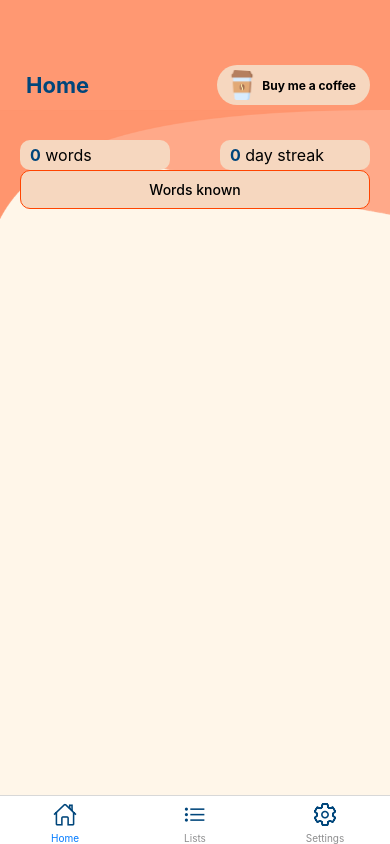
Repository: David-Waite/SpellingApp
Screen: /
The author's editor kept a copy of each file at every save. The screen is drawn from the files as they stood at one save, then again after the next save.
The app was drawn by React Native's web renderer in a window 390 px wide. The project was rebuilt for these pictures with package versions that can differ from the ones it lists, and the page was loaded fresh each time. Also part of the build but not shown: screens/Settings.js, screens/SpellWord.js, screens/WordsLearnt.js, screens/WordListOverview.js, screens/WordLists.js, screens/Donate.js.

Above is the screen before, as saved 2023-06-22 22:26:39.

### App.js
import { NavigationContainer } from "@react-navigation/native";
import { StatusBar } from "expo-status-bar";
import { StyleSheet } from "react-native";
import { Ionicons } from "@expo/vector-icons";

import Home from "./screens/Home";
import Settings from "./screens/Settings";
import SpellWord from "./screens/SpellWord";
import WordsLearnt from "./screens/WordsLearnt";
import WordListOverview from "./screens/WordListOverview";
import WordLists from "./screens/WordLists";
import Donate from "./screens/Donate";

import { createStackNavigator } from "@react-navigation/stack";
import { createBottomTabNavigator } from "@react-navigation/bottom-tabs";
import { GlobalStyles } from "./constants/styles";

import CoffeeBtn from "./components/ui/CoffeeBtn";

const BottomTabs = createBottomTabNavigator();
const Stack = createStackNavigator();

function BottomTabsScreens() {
  return (
    <BottomTabs.Navigator>
      <BottomTabs.Screen
        name="Home"
        component={Home}
        headerShadowVisible={false}
        options={({ navigation }) => ({
          headerRight: () => (
            <CoffeeBtn
              onPress={() => {
                navigation.navigate("Donate");
              }}
            />
          ),
          title: "Home",
          tabBarLabel: "Home",
          headerTitleAlign: "left",
          headerShadowVisible: false,
          headerTitleStyle: {
            color: GlobalStyles.colors.accent500,
            fontSize: 22,
            marginLeft: 10,
            fontWeight: 700,
            marginBottom: -60,
          },
          headerStyle: {
            backgroundColor: GlobalStyles.colors.primary400,
            height: 110,
          },

          tabBarIcon: ({ color, size }) => (
            <Ionicons
              name="home-outline"
              size={size}
              color={GlobalStyles.colors.accent500}
            />
          ),
        })}
      />
      <BottomTabs.Screen
        name="WordLists"
        component={WordLists}
        options={{
          title: "Word Lists",
          tabBarLabel: "Lists",
          tabBarIcon: ({ color, size }) => (
            <Ionicons
              name="list-outline"
              size={size}
              color={GlobalStyles.colors.accent500}
            />
          ),
        }}
      />
      <BottomTabs.Screen
        name="Settings"
        component={Settings}
        options={{
          title: "Settings",
          tabBarLabel: "Settings",
          tabBarIcon: ({ color, size }) => (
            <Ionicons
              name="settings-outline"
              size={size}
              color={GlobalStyles.colors.accent500}
            />
          ),
        }}
      />
    </BottomTabs.Navigator>
  );
}
export default function App() {
  return (
    <>
      <StatusBar style="light" />
      <NavigationContainer>
        <Stack.Navigator>
          <Stack.Screen
            name="BottomTabsScreen"
            component={BottomTabsScreens}
            options={{ headerShown: false }}
          />
          <Stack.Screen
            name="WordsLearnt"
            component={WordsLearnt}
            options={{ presentation: "modal" }}
          />
          <Stack.Screen name="WordListOverview" component={WordListOverview} />
          <Stack.Screen
            name="SpellWord"
            component={SpellWord}
            options={{ presentation: "modal" }}
          />
          <Stack.Screen
            name="Donate"
            component={Donate}
            options={{ presentation: "modal" }}
          />
        </Stack.Navigator>
      </NavigationContainer>
    </>
  );
}

const styles = StyleSheet.create({
  container: {
    flex: 1,
    backgroundColor: "#fff",
    alignItems: "center",
    justifyContent: "center",
  },
});

### screens/Home.js
import { ImageBackground, Text, View } from "react-native";
import { Dimensions } from "react-native";

import { StyleSheet } from "react-native";
import { GlobalStyles } from "../constants/styles";

import WordsLearntCard from "../components/ui/WordsLearntCard";
import StatBtn from "../components/ui/Home/StatBtn";

const windowWidth = Dimensions.get("window").width;
const windowHeight = Dimensions.get("window").height;
const imageHeight = windowWidth / 3.5;

function Home({ navigation }) {
  return (
    <View style={styles.imageContainer}>
      <ImageBackground
        style={styles.ImageBackground}
        source={require("../images/SpellingAppHeaderBackground.png")}
      >
        <View style={styles.container}>
          <View style={styles.statContainer}>
            <StatBtn stat={0} text="words" />
            <StatBtn stat={0} text="day streak" />
          </View>
          <WordsLearntCard navigation={navigation} />
        </View>
      </ImageBackground>
    </View>
  );
}

export default Home;

const styles = StyleSheet.create({
  imageContainer: {
    flex: 1,
    backgroundColor: GlobalStyles.colors.background,
  },
  statContainer: {
    flexDirection: "row",
    justifyContent: "space-between",
  },
  container: {
    padding: 20,
    paddingTop: 30,
  },
  ImageBackground: {
    resizeMode: "contain",
    width: windowWidth,
    height: imageHeight,
  },
});

### constants/styles.js
export const GlobalStyles = {
  colors: {
    background: "#FFF6E9",
    primary50: "#FFF0E5",
    primary100: "#F6D7BF",
    primary100Dark: "#c7ad99",
    primary300: "#FFA989",
    primary400: "#FF9872",
    primary500: "#FF946E",
    primary800: "#FF4400",
    accent500: "#00467B",
    success500: "#0A8900",
    error500: "#FF0000",
  },
};

### components/ui/CoffeeBtn.js
import { Image } from "react-native";
import { StyleSheet } from "react-native";
import { Pressable } from "react-native";
import { View, Text } from "react-native";
import { GlobalStyles } from "../../constants/styles";

function CoffeeBtn({ onPress }) {
  return (
    <Pressable
      onPress={onPress}
      style={({ pressed }) => [styles.conatiner, pressed && styles.pressed]}
    >
      <View style={styles.layoutConatiner}>
        <Image
          style={styles.coffee}
          source={require("../../images/coffee-cup.png")}
        />
        <Text style={styles.text}>Buy me a coffee</Text>
      </View>
    </Pressable>
  );
}

export default CoffeeBtn;

const styles = StyleSheet.create({
  conatiner: {
    backgroundColor: GlobalStyles.colors.primary100,
    borderRadius: 20,
    paddingLeft: 10,
    paddingRight: 14,
    paddingVertical: 5,
    marginRight: 20,
    marginBottom: -60,
  },
  layoutConatiner: {
    flexDirection: "row",
    alignItems: "center",
    gap: 5,
  },
  text: {
    fontSize: 12,
    fontWeight: 700,
  },
  coffee: {
    width: 30,
    height: 30,
  },
  pressed: {
    backgroundColor: GlobalStyles.colors.primary100Dark,
    borderRadius: 20,
  },
});

### components/ui/WordsLearntCard.js
import { Text, StyleSheet } from "react-native";

import { GlobalStyles } from "../../constants/styles";
import { Pressable } from "react-native";
import { View } from "react-native";

function WordsLearntCard({ navigation }) {
  return (
    <Pressable onPress={() => navigation.navigate("WordsLearnt")}>
      <View style={styles.container}>
        <Text style={styles.WordsKnownText}>Words known</Text>
      </View>
    </Pressable>
  );
}

export default WordsLearntCard;

const styles = StyleSheet.create({
  container: {
    backgroundColor: GlobalStyles.colors.primary100,
    paddingHorizontal: 10,
    paddingVertical: 10,
    borderRadius: 10,
    borderColor: GlobalStyles.colors.primary800,
    borderWidth: 1,
  },
  WordsKnownText: {
    textAlign: "center",
    fontWeight: "500",
  },
  pressed: {
    opacity: 0.75,
  },
});

### components/ui/Home/StatBtn.js
import { StyleSheet } from "react-native";
import { Text, View } from "react-native";
import { GlobalStyles } from "../../../constants/styles";

function StatBtn({ stat, text }) {
  return (
    <View style={styles.container}>
      <Text style={styles.stat}>
        {stat}
        <Text style={styles.text}> {text}</Text>
      </Text>
    </View>
  );
}

export default StatBtn;

const styles = StyleSheet.create({
  container: {
    flexDirection: "row",
    gap: 10,
    backgroundColor: GlobalStyles.colors.primary100,
    borderRadius: 10,
    paddingHorizontal: 10,
    paddingVertical: 5,
    minWidth: 150,
  },
  stat: {
    fontSize: 16,
    color: GlobalStyles.colors.accent500,
    fontWeight: "bold",
    textAlign: "center",
  },
  text: {
    color: "black",
    fontWeight: 400,
  },
});

After the next save:
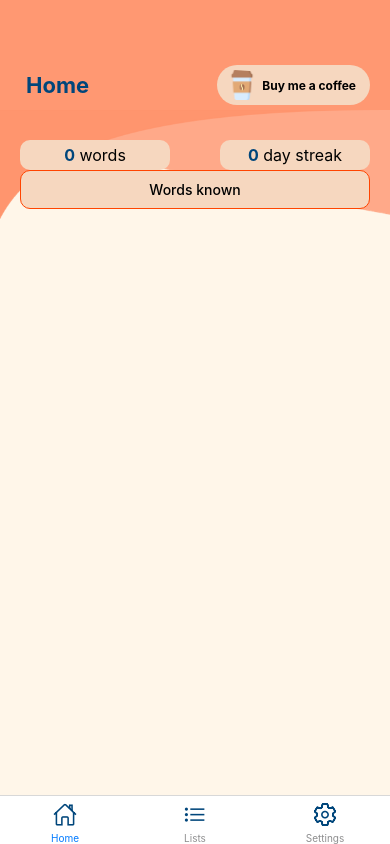
Saved 7 s later.
--- a/components/ui/Home/StatBtn.js
+++ b/components/ui/Home/StatBtn.js
@@ -24,12 +24,12 @@ const styles = StyleSheet.create({
     paddingHorizontal: 10,
     paddingVertical: 5,
     minWidth: 150,
+    justifyContent: "center",
   },
   stat: {
     fontSize: 16,
     color: GlobalStyles.colors.accent500,
     fontWeight: "bold",
-    textAlign: "center",
   },
   text: {
     color: "black",
